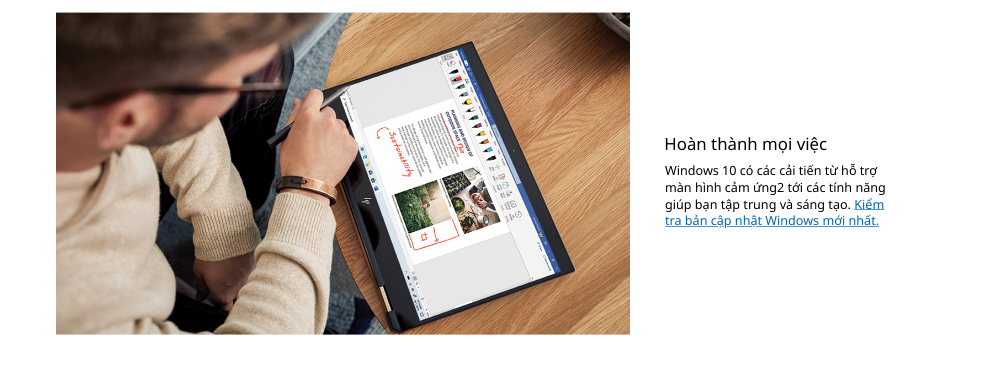
Repository: hoangphuong965/clone-Microsoft---practice
Page: index.html
The author's editor kept a copy of each file at every save. The page is drawn from the files as they stood at one save, then again after a run of saves.
The browser window is 1280 px wide. The page is 1404 px wide, so the pictures cover 1404 px, including what lies to the right of the window. The pictures show the part of the page from y = 1640 to 3360 px (the page is 2171 px tall before and 3360 px after), at 70% of full size.

Above is the page before, as saved 2020-06-10 21:17:56.

After the next 2 saves:
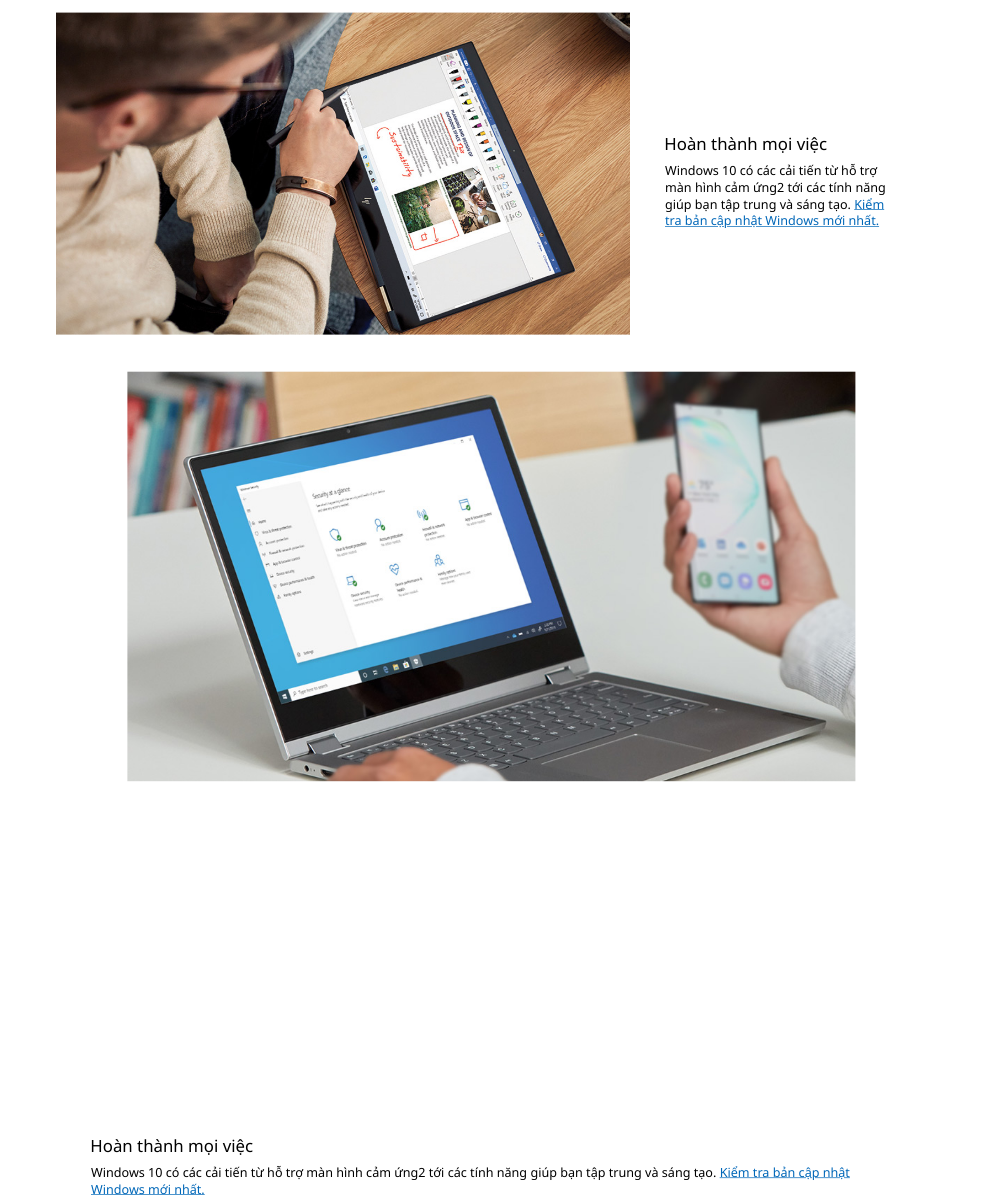
The 2 saves are shown as one change because they came seconds apart.
The last was saved 33 s later.
--- a/index.html
+++ b/index.html
@@ -136,7 +136,18 @@
                 </section>
             </div>
             <div class="feature-2">
-
+                <section class="feature-img-left">
+                    <img src="img/h4.jpg" alt="">
+                </section>
+                <section class="feature-text-right">
+                    <span>
+                        <h2>Hoàn thành mọi việc</h2>
+                    </span>
+                    <span>
+                        <p>Windows 10 có các cải tiến từ hỗ trợ màn hình cảm ứng2 tới các tính năng giúp bạn tập trung và sáng tạo. <a href="">Kiểm tra bản cập nhật Windows mới nhất.</a>
+                        </p>
+                    </span>
+                </section>
             </div>
             <div class="feature-3"></div>
         </div>
